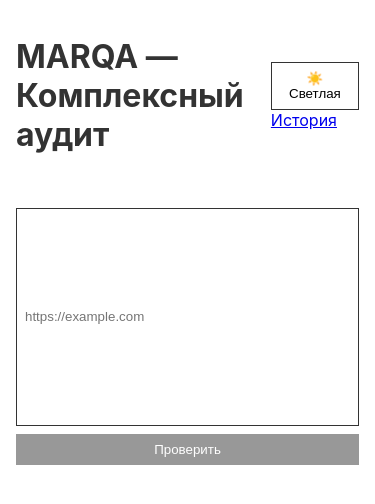
Repository: zubkovanatolii/marqa
Page: /
The author's editor kept a copy of each file at every save. The page is drawn from the files as they stood at one save, then again after the next save.
The browser window is 375 px wide. The pictures show the whole page.
The project was rebuilt for these pictures with package versions that can differ from the ones it lists, and the page was loaded fresh each time. The framework's server and built-in components were replaced by stand-ins that run in the browser. Also part of the build but not shown: next.config.mjs, components/Spinner.js.

Above is the page before, as saved 2025-05-01 23:24:12.

### pages/_app.js
// pages/_app.js
import '../styles/globals.css'

export default function App({ Component, pageProps }) {
  return <Component {...pageProps} />
}

### pages/_document.js
// pages/_document.js
import Document, { Html, Head, Main, NextScript } from 'next/document';

export default class MyDocument extends Document {
  static async getInitialProps(ctx) {
    const initialProps = await Document.getInitialProps(ctx);
    return { ...initialProps };
  }

  render() {
    return (
      <Html lang="ru">
        <Head>
          {/* Метатеги, фавиконки, шрифты и т.д. */}
        </Head>
        <body>
          <Main />
          <NextScript />
        </body>
      </Html>
    );
  }
}

### pages/index.js
// pages/index.js
import Link from 'next/link'
import { useState } from 'react'
import Spinner from '../components/Spinner'

export default function Home({ theme, setTheme }) {
  const [url, setUrl]         = useState('')
  const [loading, setLoading] = useState(false)
  const [results, setResults] = useState(null)
  const [error, setError]     = useState('')

  const handleCheck = async () => {
    setError('')
    setResults(null)
    setLoading(true)
    try {
      const res = await fetch('/api/lighthouse', {
        method: 'POST',
        headers: { 'Content-Type': 'application/json' },
        body: JSON.stringify({ url })
      })
      const data = await res.json()
      if (data.success) setResults(data)
      else setError(data.message)
    } catch {
      setError('Ошибка сети')
    } finally {
      setLoading(false)
    }
  }

  const colorFor = v =>
    v >= 80 ? 'var(--success)' :
    v >= 50 ? 'var(--warn)' :
    'var(--error)'

  return (
    <div className="container">
      <header className="header">
        <h1>MARQA — Комплексный аудит</h1>
        <div className="controls">
          <button
            onClick={() => setTheme(t => t==='light'?'dark':'light')}
            className="theme-toggle"
          >
            {theme==='light' ? '🌙 Тёмная' : '☀️ Светлая'}
          </button>
          <Link href="/history" legacyBehavior>
            <a className="history-btn">История</a>
          </Link>
        </div>
      </header>

      <div className="form-row">
        <input
          type="url"
          placeholder="https://example.com"
          value={url}
          onChange={e=>setUrl(e.target.value)}
        />
        <button onClick={handleCheck} disabled={loading||!url}>
          {loading ? <Spinner /> : 'Проверить'}
        </button>
      </div>

      {error && <p className="error">Ошибка: {error}</p>}

      {results && (
        <div className="results">
          {['performance','accessibility','bestPractices','seo','pwa'].map(key => {
            const label = {
              performance:'Performance',
              accessibility:'Accessibility',
              bestPractices:'Best Practices',
              seo:'SEO',
              pwa:'PWA',
            }[key]
            const val = results[key]
            return (
              <div
                key={key}
                className="result-item"
                style={{ color: colorFor(val) }}
              >
                {label}: {val}%
              </div>
            )
          })}
        </div>
      )}
    </div>
  )
}

### styles/globals.css
/* styles/globals.css */

/* --- CSS-переменные для тем --- */
:root {
  --bg: #ffffff;
  --fg: #333333;
  --success: #2e7d32;
  --warn: #f9a825;
  --error: #c62828;
}

[data-theme="dark"] {
  --bg: #1e1e1e;
  --fg: #eeeeee;
  --success: #66bb6a;
  --warn: #ffca28;
  --error: #ef5350;
}

/* общие стили */
html, body {
  margin: 0;
  padding: 0;
  background: var(--bg);
  color: var(--fg);
  font-family: -apple-system, BlinkMacSystemFont, 'Segoe UI', Roboto, sans-serif;
}

.container {
  max-width: 800px;
  margin: 0 auto;
  padding: 1rem;
}

/* Header */
header {
  display: flex;
  justify-content: space-between;
  align-items: center;
}

.controls .theme-toggle {
  background: none;
  border: 1px solid var(--fg);
  padding: 0.5rem 1rem;
  cursor: pointer;
}

/* Форма */
.form-row {
  display: flex;
  gap: 0.5rem;
  flex-wrap: wrap;
  margin: 2rem 0;
}

.form-row input {
  flex: 1 1 200px;
  padding: 0.5rem;
  border: 1px solid var(--fg);
  background: var(--bg);
  color: var(--fg);
}

.form-row button {
  padding: 0.5rem 1rem;
  border: none;
  background: var(--fg);
  color: var(--bg);
  cursor: pointer;
}

.form-row button:disabled {
  opacity: 0.5;
  cursor: default;
}

/* Ошибки */
.error {
  color: var(--error);
}

/* Результаты */
.results {
  display: grid;
  grid-template-columns: repeat(auto-fit, minmax(140px, 1fr));
  gap: 1rem;
}

.result-item {
  padding: 0.75rem;
  border: 1px solid var(--fg);
  border-radius: 4px;
  text-align: center;
  background: rgba(0,0,0,0.05);
}

/* Медиазапросы */
@media (max-width: 600px) {
  .form-row {
    flex-direction: column;
  }
  .form-row button {
    width: 100%;
  }
}

After the next save:
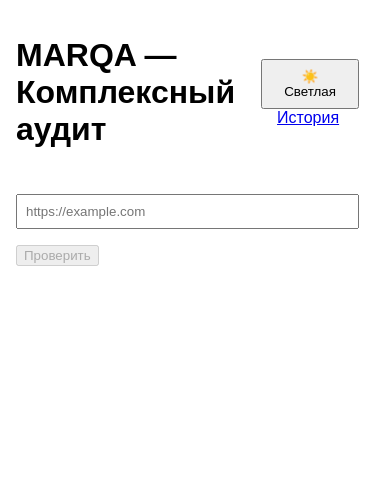
Saved 15 s later.
--- a/styles/globals.css
+++ b/styles/globals.css
@@ -1,29 +1,13 @@
 /* styles/globals.css */
-
-/* --- CSS-переменные для тем --- */
 :root {
-  --bg: #ffffff;
-  --fg: #333333;
-  --success: #2e7d32;
-  --warn: #f9a825;
-  --error: #c62828;
+  --success: #28a745;
+  --warn:    #ff8c00;
+  --error:   #dc3545;
 }
 
-[data-theme="dark"] {
-  --bg: #1e1e1e;
-  --fg: #eeeeee;
-  --success: #66bb6a;
-  --warn: #ffca28;
-  --error: #ef5350;
-}
-
-/* общие стили */
-html, body {
+body {
   margin: 0;
-  padding: 0;
-  background: var(--bg);
-  color: var(--fg);
-  font-family: -apple-system, BlinkMacSystemFont, 'Segoe UI', Roboto, sans-serif;
+  font-family: Arial, sans-serif;
 }
 
 .container {
@@ -32,75 +16,59 @@ html, body {
   padding: 1rem;
 }
 
-/* Header */
-header {
+.header {
   display: flex;
   justify-content: space-between;
   align-items: center;
 }
 
-.controls .theme-toggle {
-  background: none;
-  border: 1px solid var(--fg);
+.controls button,
+.history-btn {
+  margin-left: 0.5rem;
   padding: 0.5rem 1rem;
   cursor: pointer;
 }
 
-/* Форма */
 .form-row {
   display: flex;
-  gap: 0.5rem;
+  gap: 1rem;
+  margin: 1.5rem 0;
   flex-wrap: wrap;
-  margin: 2rem 0;
 }
 
 .form-row input {
-  flex: 1 1 200px;
+  flex: 1 1 300px;
   padding: 0.5rem;
-  border: 1px solid var(--fg);
-  background: var(--bg);
-  color: var(--fg);
 }
 
-.form-row button {
-  padding: 0.5rem 1rem;
-  border: none;
-  background: var(--fg);
-  color: var(--bg);
-  cursor: pointer;
-}
-
-.form-row button:disabled {
-  opacity: 0.5;
-  cursor: default;
-}
-
-/* Ошибки */
-.error {
-  color: var(--error);
-}
-
-/* Результаты */
 .results {
   display: grid;
   grid-template-columns: repeat(auto-fit, minmax(140px, 1fr));
   gap: 1rem;
+  margin-top: 1rem;
 }
 
 .result-item {
-  padding: 0.75rem;
-  border: 1px solid var(--fg);
-  border-radius: 4px;
-  text-align: center;
-  background: rgba(0,0,0,0.05);
+  font-weight: bold;
 }
 
-/* Медиазапросы */
-@media (max-width: 600px) {
-  .form-row {
-    flex-direction: column;
-  }
-  .form-row button {
-    width: 100%;
-  }
+/* Spinner */
+.spinner {
+  width: 1em;
+  height: 1em;
+  border: 2px solid rgba(0,0,0,0.2);
+  border-top-color: rgba(0,0,0,0.6);
+  border-radius: 50%;
+  animation: spin 0.8s linear infinite;
+  display: inline-block;
+  vertical-align: middle;
 }
+
+@keyframes spin {
+  to { transform: rotate(360deg); }
+}
+
+/* Error message */
+.error {
+  color: var(--error);
+}
